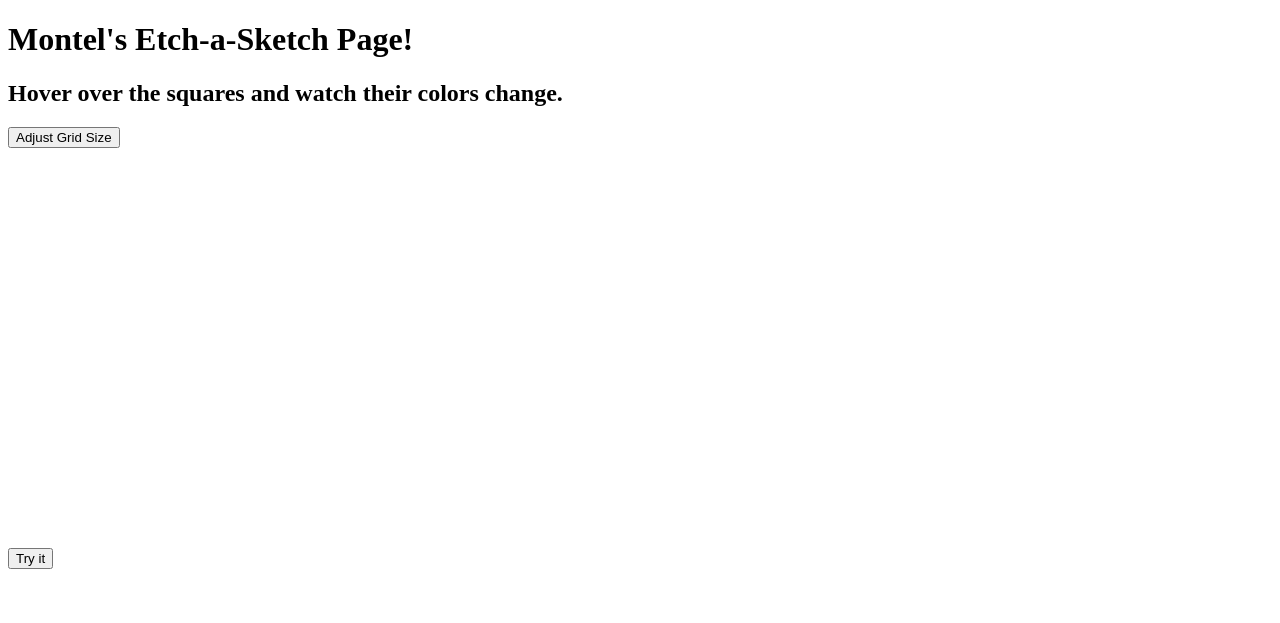
Repository: mnhardy1504/odin-recipes1
Page: repos/Etch-a-Sketch/index.html
The author's editor kept a copy of each file at every save. The page is drawn from the files as they stood at one save, then again after the next save.
The browser window is 1280 px wide. The pictures show the whole page.

Above is the page before, as saved 2023-11-11 21:13:23.
Console error: ReferenceError: drawGrid is not defined

### repos/Etch-a-Sketch/index.html
<!DOCTYPE html>
<html>
<head>
  <meta charset="UTF-8">
  <title>Montel's Etch-a-Sketch Page</title>
  <link rel="stylesheet" href="index.css">
  <script src="index.js"></script>
</head>
<body>
  <h1>Montel's Etch-a-Sketch Page!</h1>
  <h2> Hover over the squares and watch their colors change.</h2>
  <button onclick="enterGrid()">Adjust Grid Size </button>
  <div class="grid-container"></div>
</body>
</html>
<button onclick="myFunction()">Try it</button>

<p id="demo"></p>

<script>
function enterGrid() {
  let size = prompt("What number of squares per side do you want for each side of the grid?", '16' );
  // if (size <= 100) {
  //   for (let i = 0; i < 100 * 100; ) {
  //      const div = document.createElement('div');
  //      div.classList.add('grid-item');
  //      div.addEventListener('mouseenter', mouseHoverStart);
  //      div.addEventListener('mouseleave', mouseHoverEnd);
  //      gridContainer.appendChild(div);
  //    }

### repos/Etch-a-Sketch/index.css
.grid-container {
    display: grid;
    grid-template-columns: repeat(16, 1fr);
    grid-template-rows: repeat(16, 1fr);
    gap: 2px;
    width: 400px;
    height: 400px;
}

.grid-item{
    background-color: lightgray;
    border: 1px solid gray;
}

.size{
    background-color: gold;
    font-:white;
}

### repos/Etch-a-Sketch/index.js
document.addEventListener('DOMContentLoaded', drawGrid);
let size = prompt("What number of squares per side do you want for each side of the grid?", 16 );


// function drawGrid(){
//     const gridContainer = document.querySelector('.grid-container');
//     console.log('hey');
//     for (let i = 0; i < 16 * 16; i++) {
//         const div = document.createElement('div');
//         div.classList.add('grid-item');
//         div.addEventListener('mouseenter', mouseHoverStart);
//         div.addEventListener('mouseleave', mouseHoverEnd);
//         gridContainer.appendChild(div);
//         console.log('hey whats up', div);
//     }
// }

// enterGrid()
    // for (let i = 0; i < 100 * 100; ) {
    //    const div = document.createElement('div');
    //    div.classList.add('grid-item');
    //    div.addEventListener('mouseenter', mouseHoverStart);
    //    div.addEventListener('mouseleave', mouseHoverEnd);
    //    gridContainer.appendChild(div);
    //  }


// function mouseHoverStart(event) {
//     event.target.style.backgroundColor = 'red';
//     console.log('this works');
// }

// function mouseHoverEnd(event) {
//     event.target.style.backgroundColor ='lightgray';
//     console.log('new statement');
// }

After the next save:
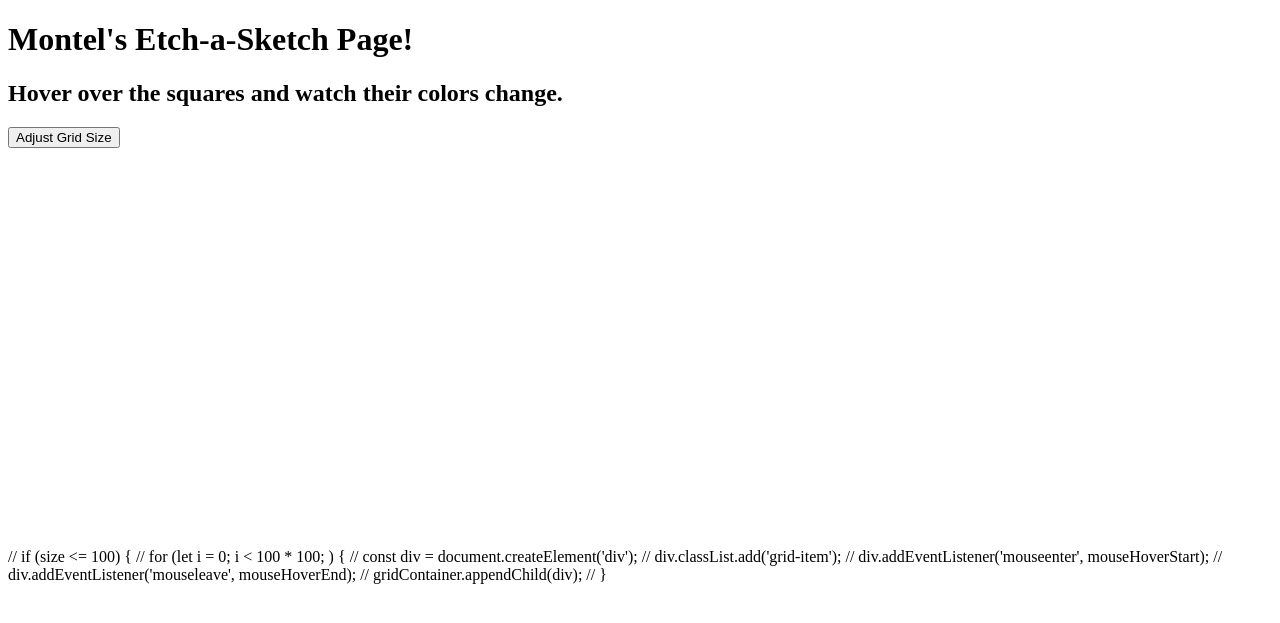
Saved 12 min 29 s later.
--- a/repos/Etch-a-Sketch/index.html
+++ b/repos/Etch-a-Sketch/index.html
@@ -9,17 +9,14 @@
 <body>
   <h1>Montel's Etch-a-Sketch Page!</h1>
   <h2> Hover over the squares and watch their colors change.</h2>
-  <button onclick="enterGrid()">Adjust Grid Size </button>
+  <button>Adjust Grid Size </button>
   <div class="grid-container"></div>
+
 </body>
 </html>
-<button onclick="myFunction()">Try it</button>
 
-<p id="demo"></p>
 
-<script>
-function enterGrid() {
-  let size = prompt("What number of squares per side do you want for each side of the grid?", '16' );
+
   // if (size <= 100) {
   //   for (let i = 0; i < 100 * 100; ) {
   //      const div = document.createElement('div');
